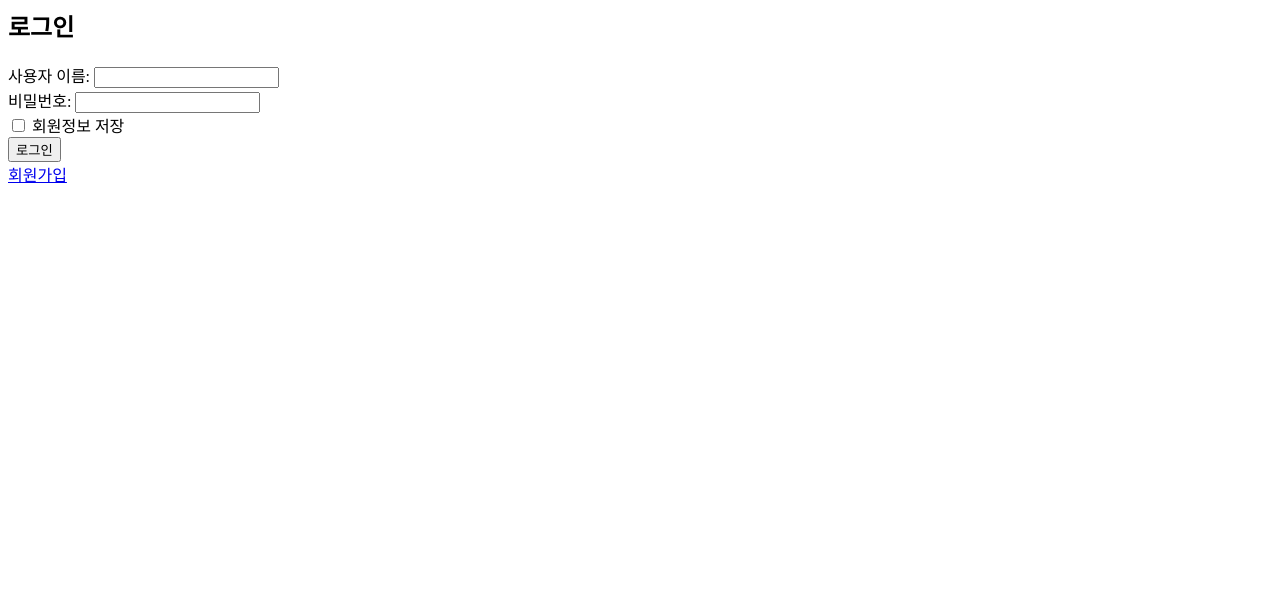
Repository: bbqju13/homework230616
Page: http://localhost/zip/
The author's editor kept a copy of each file at every save. The page is drawn from the files as they stood at one save, then again after the next save.
The browser window is 1280 px wide. The pictures show the whole page.
The page is served by Tomcat 9.

Above is the page before, as saved 2023-06-16 05:33:22.

After the next save:
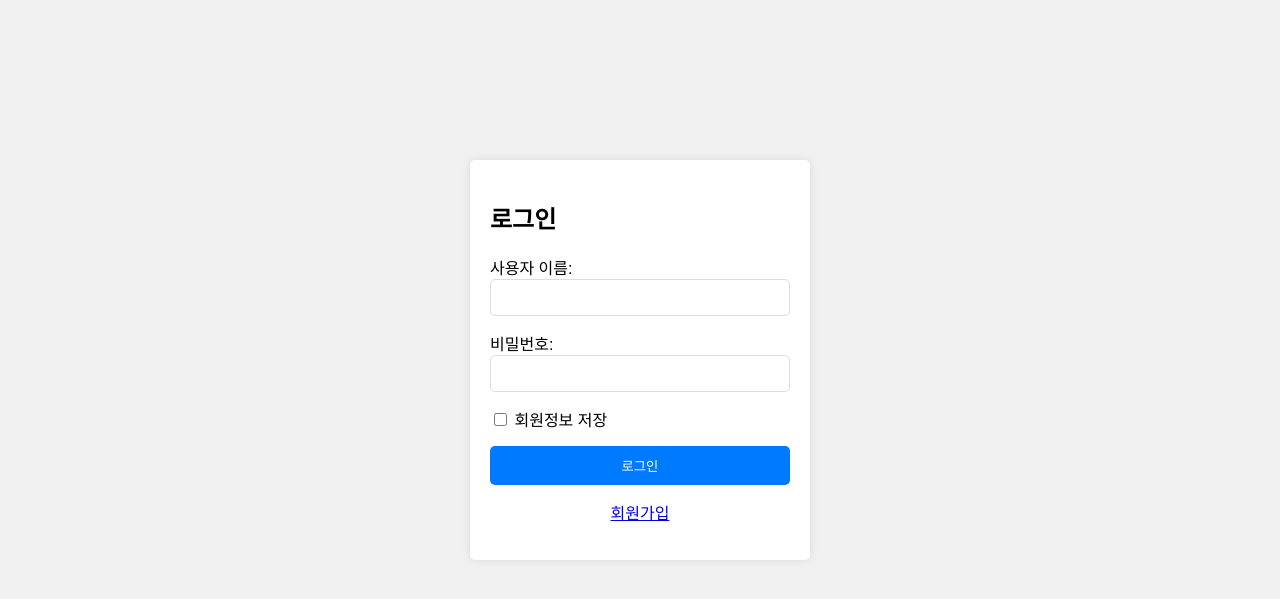
Saved 55 s later.
--- a/zip/src/main/webapp/WEB-INF/views/home.jsp
+++ b/zip/src/main/webapp/WEB-INF/views/home.jsp
@@ -7,6 +7,56 @@
 
 <head>
 <title>로그인</title>
+<style>
+        body {
+            font-family: Arial, sans-serif;
+            margin: 0;
+            padding: 0;
+            background-color: #f1f1f1;
+        }
+        .container {
+            display: flex;
+            justify-content: center;
+            align-items: center;
+            height: 100vh;
+        }
+        .form-container {
+            width: 300px;
+            background-color: #fff;
+            padding: 20px;
+            border-radius: 5px;
+            box-shadow: 0px 0px 10px rgba(0,0,0,0.1);
+        }
+        .form-container h2 {
+            margin-bottom: 20px;
+        }
+        .form-group {
+            margin-bottom: 15px;
+        }
+        .form-group label {
+            display: block;
+        }
+        .form-group input {
+            width: 100%;
+            padding: 10px;
+            border: 1px solid #ddd;
+            border-radius: 5px;
+        }
+        .form-group input[type="checkbox"] {
+            width: auto;
+        }
+        .form-group button {
+            width: 100%;
+            padding: 10px;
+            background-color: #007BFF;
+            color: #fff;
+            border: none;
+            border-radius: 5px;
+        }
+        .form-group:last-child {
+            text-align: center;
+        }
+    </style>
 </head>
 <body>
 	<div class="container">
